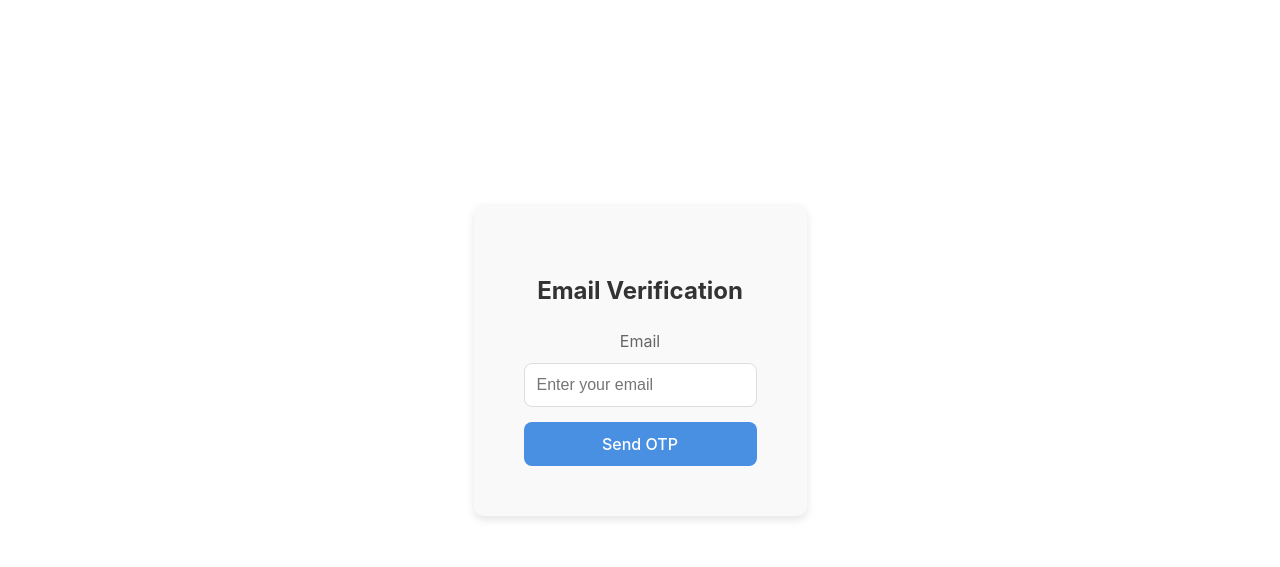
Repository: sarathraj2002/MockTest
Page: / (app in Frontend/)
The author's editor kept a copy of each file at every save. The page is drawn from the files as they stood at one save, then again after the next save.
The browser window is 1280 px wide. The pictures show the whole page.
The project was rebuilt for these pictures with package versions that can differ from the ones it lists, and the page was loaded fresh each time. Also part of the build but not shown: Frontend/vite.config.js, Frontend/src/components/Home.jsx, Frontend/src/components/Mail.jsx.

Above is the page before, as saved 2024-11-13 16:58:55.

### Frontend/index.html
<!doctype html>
<html lang="en">
  <head>
    <meta charset="UTF-8" />
    <link rel="icon" type="image/svg+xml" href="/vite.svg" />
    <meta name="viewport" content="width=device-width, initial-scale=1.0" />
    <title>MockTest</title>
  </head>
  <body>
    <div id="root"></div>
    <script type="module" src="/src/main.jsx"></script>
  </body>
</html>

### Frontend/src/main.jsx
import { StrictMode } from 'react'
import { createRoot } from 'react-dom/client'
import App from './App.jsx'
import './index.css'
import { BrowserRouter } from 'react-router-dom'


createRoot(document.getElementById('root')).render(
  <StrictMode>
     <BrowserRouter>
    <App />
    </BrowserRouter>
  </StrictMode>,
)

### Frontend/src/App.jsx
import { useState } from 'react'
import './App.css'
import Otp from './components/Otp'
import { Home } from './components/Home'
import { Route,Routes,useNavigate } from 'react-router-dom'
import Mail from './components/Mail'

function App() {
  const [email, setEmail] = useState('');
  const navigate = useNavigate();
  const handleEmailSubmit=(email)=>{
    setEmail(email);
    navigate('/check');
  }


  return (
    <>
    <Routes>
      <Route path='/' element={<Otp onEmailSubmit={handleEmailSubmit}/>}></Route>
      <Route path='/check' element={<Mail/>}></Route>
      <Route path='/home' element={<Home/>}></Route>
    </Routes>
    </>
  )
}

export default App

### Frontend/src/components/Otp.jsx
import React, { useState } from 'react';
import axios from 'axios';

function Email({ onEmailSubmit }) {
  const [email, setEmail] = useState('');
  const [otp, setOtp] = useState('');
  const [errorMessage, setErrorMessage] = useState('');
  const [otpSent, setOtpSent] = useState(false);


  const handleEmailSubmit = async (e) => {
    e.preventDefault();
    setErrorMessage('');
    try {

      const response = await axios.post('http://localhost:5000/api/send-otp', { email });
      const data = response.data;

      console.log(data);

      if (data.success) {
        setOtpSent(true);
        onEmailSubmit(email);
      } else {
        setErrorMessage('Error sending OTP. Please try again.');
      }
    } catch (error) {
      setErrorMessage('An error occurred while sending OTP.');
      console.error('Error:', error);
    }
  };


  const handleOtpSubmit = async (e) => {
    e.preventDefault();
    setErrorMessage('');
    try {
      const response = await axios.post('http://localhost:5000/api/verify-otp', { otp });
      const data = response.data;

      if (data.valid) {
        alert('OTP validated successfully!');
      } else {
        setErrorMessage(data.message || 'Invalid OTP. Please try again.');
      }
    } catch (error) {
      setErrorMessage('An error occurred while validating OTP.');
      console.error('Error:', error);
    }
  };

  return (
   <div
  style={{
    maxWidth: '400px',
    margin: 'auto',
    padding: '50px',
    textAlign: 'center',
    backgroundColor: '#f9f9f9',
    boxShadow: '0 4px 8px rgba(0, 0, 0, 0.1)',
    borderRadius: '10px',
  }}
>
  <h2 style={{ color: '#333', marginBottom: '20px' }}>Email Verification</h2>
  {!otpSent ? (
    <form onSubmit={handleEmailSubmit} style={{ display: 'flex', flexDirection: 'column' }}>
      <label htmlFor="email" style={{ marginBottom: '10px', color: '#666' }}>Email</label>
      <input
        id="email"
        type="email"
        value={email}
        onChange={(e) => setEmail(e.target.value)}
        required
        placeholder="Enter your email"
        style={{
          padding: '12px',
          marginBottom: '15px',
          borderRadius: '8px',
          border: '1px solid #ddd',
          fontSize: '16px',
        }}
      />
      <button
        type="submit"
        style={{
          padding: '12px 20px',
          backgroundColor: '#4a90e2',
          color: 'white',
          border: 'none',
          borderRadius: '8px',
          cursor: 'pointer',
          transition: 'background-color 0.3s',
        }}
        onMouseEnter={(e) => (e.target.style.backgroundColor = '#357ABD')}
        onMouseLeave={(e) => (e.target.style.backgroundColor = '#4a90e2')}
      >
        Send OTP
      </button>
      {errorMessage && (
        <p style={{ color: 'red', marginTop: '15px' }}>
          {errorMessage}
        </p>
      )}
    </form>
  ) : (
    <form onSubmit={handleOtpSubmit} style={{ display: 'flex', flexDirection: 'column' }}>
      <label htmlFor="otp" style={{ marginBottom: '10px', color: '#666' }}>Enter OTP</label>
      <input
        id="otp"
        type="text"
        value={otp}
        onChange={(e) => setOtp(e.target.value)}
        required
        placeholder="Enter OTP"
        style={{
          padding: '12px',
          marginBottom: '15px',
          borderRadius: '8px',
          border: '1px solid #ddd',
          fontSize: '16px',
        }}
      />
      <button
        type="submit"
        style={{
          padding: '12px 20px',
          backgroundColor: '#5cb85c',
          color: 'white',
          border: 'none',
          borderRadius: '8px',
          cursor: 'pointer',
          transition: 'background-color 0.3s',
        }}
        onMouseEnter={(e) => (e.target.style.backgroundColor = '#4CAE4C')}
        onMouseLeave={(e) => (e.target.style.backgroundColor = '#5cb85c')}
      >
        Validate OTP
      </button>
      {errorMessage && (
        <p style={{ color: 'red', marginTop: '15px' }}>
          {errorMessage}
        </p>
      )}
    </form>
  )}
</div>
)}
export default Email;

Loaded but not shown: Frontend/src/index.css (common file); Frontend/src/App.css (common file)

After the next save:
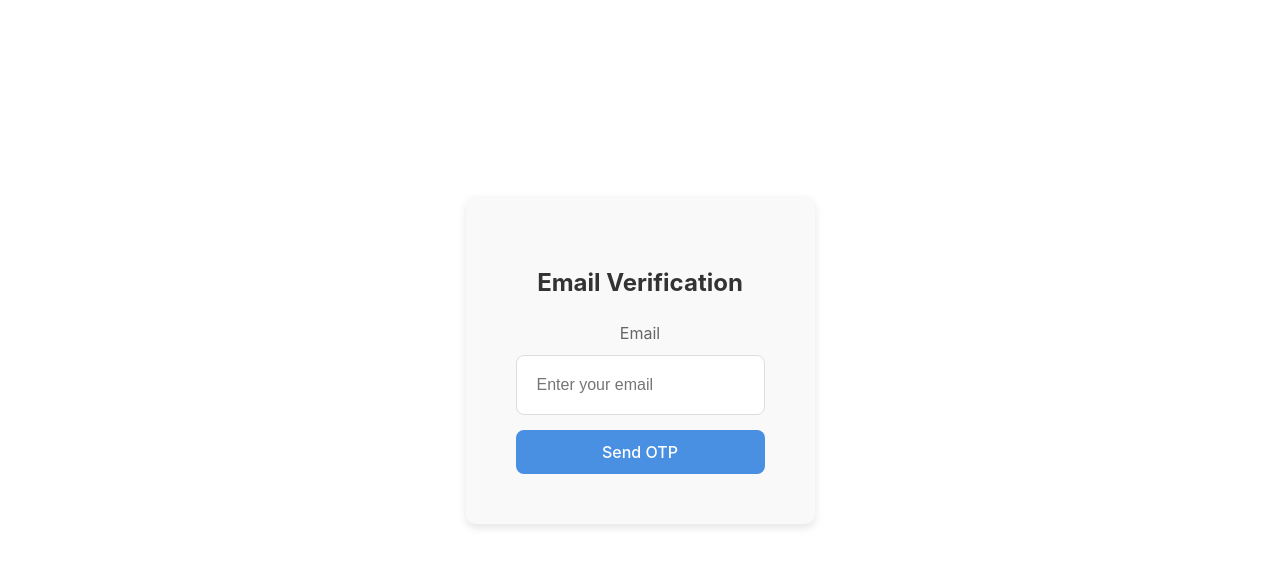
Saved 16 s later.
--- a/Frontend/src/components/Otp.jsx
+++ b/Frontend/src/components/Otp.jsx
@@ -73,7 +73,7 @@ function Email({ onEmailSubmit }) {
         required
         placeholder="Enter your email"
         style={{
-          padding: '12px',
+          padding: '20px',
           marginBottom: '15px',
           borderRadius: '8px',
           border: '1px solid #ddd',
